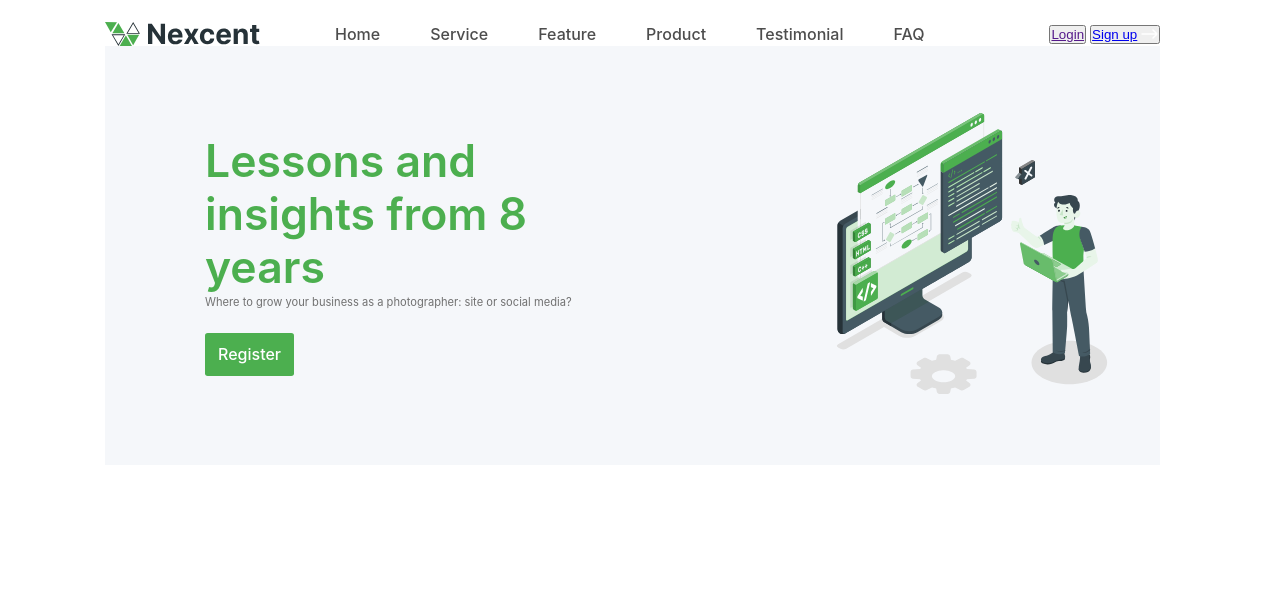
Repository: kubrazamanova/Folder4
Page: homePage/index.html
The author's editor kept a copy of each file at every save. The page is drawn from the files as they stood at one save, then again after a run of saves.
The browser window is 1280 px wide. The pictures show the whole page.

Above is the page before, as saved 2023-11-11 11:38:06.

After the next 2 saves:
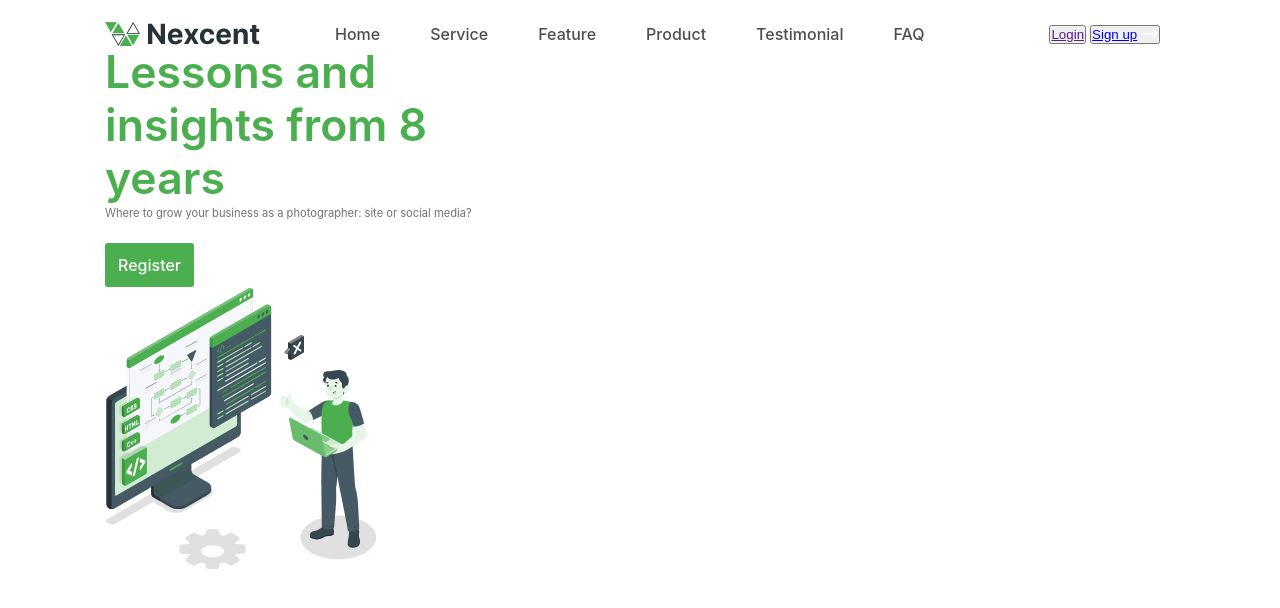
The 2 saves are shown as one change because they came seconds apart.
The last was saved 10 s later.
--- a/homePage/index.css
+++ b/homePage/index.css
@@ -34,7 +34,7 @@
   text-decoration: none;
 }
 
-
+.container n
 
 .container .box2 {
   display: flex;

After the save that followed:
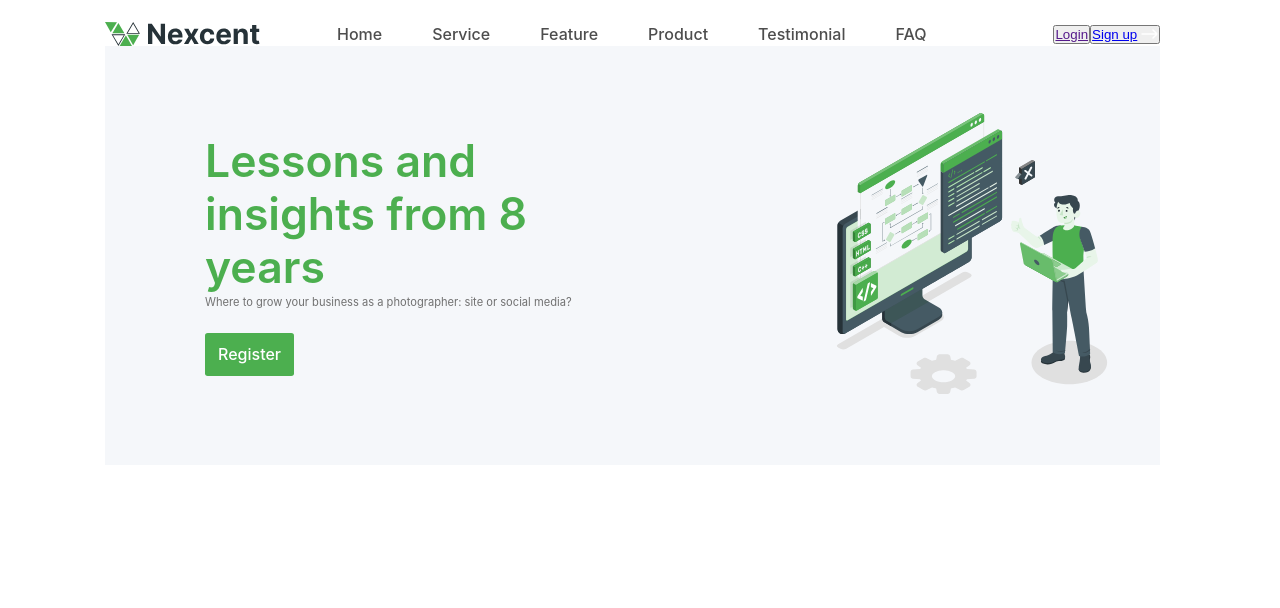
Saved 10 s later.
--- a/homePage/index.css
+++ b/homePage/index.css
@@ -34,7 +34,10 @@
   text-decoration: none;
 }
 
-.container n
+.container nav .buttons-box{
+  display: flex;
+  align-items: center;
+}
 
 .container .box2 {
   display: flex;
